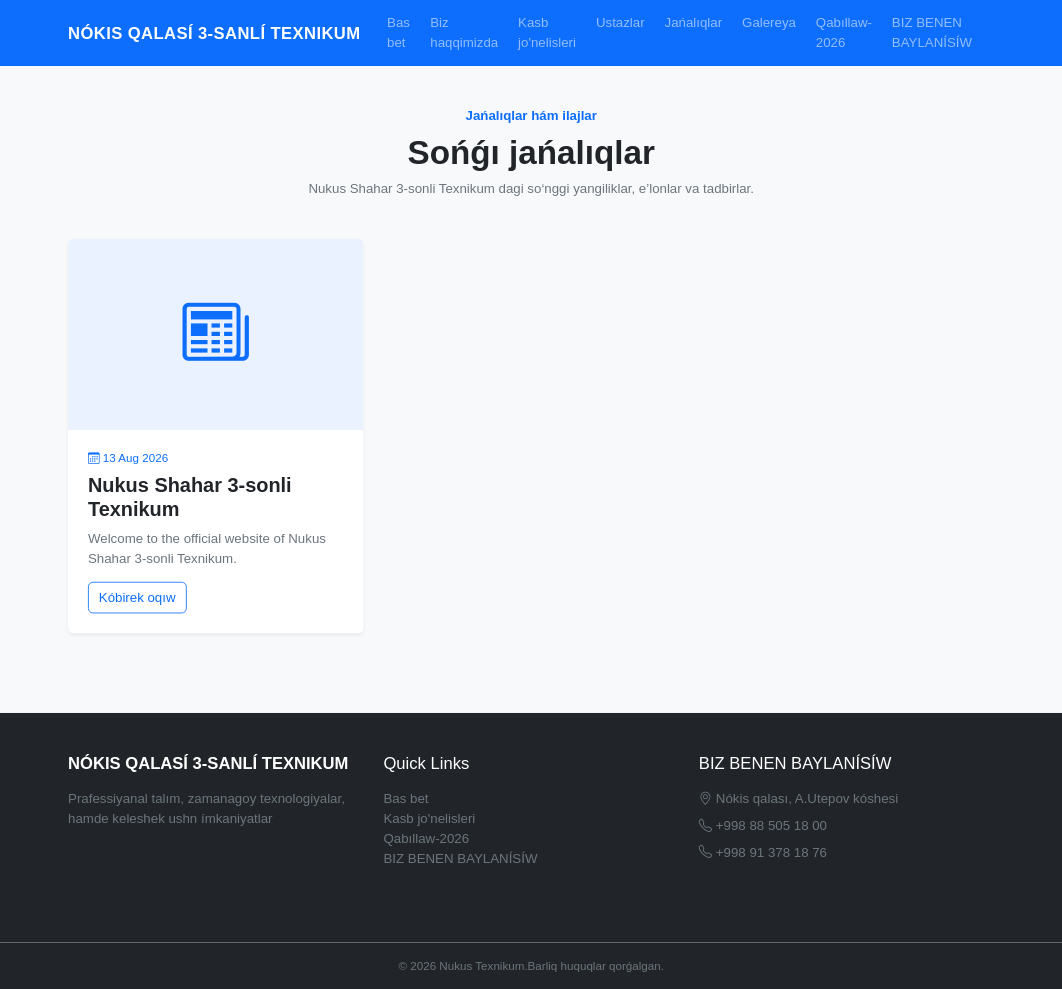
Repository: Neptunescorp/nukus_technicum
Page: http://localhost/news/
The author's editor kept a copy of each file at every save. The page is drawn from the files as they stood at one save, then again after the next save.
The browser window is 1280 px wide. The pictures show the whole page, at 83% of full size.
The page is served by the project's application, run on Django 5.2 (manage.py). Other server files are loaded and not shown. The page reads the database file committed with the project.

Above is the page before, as saved 2026-08-19 12:24:36.

### news/templates/news/list.html
{% extends "base.html" %}

{% block title %}
News | Nukus Shahar 3-sonli Texnikum
{% endblock %}


{% block content %}

<section class="py-5">

    <div class="container">

        <div class="text-center mb-5">

            <span class="text-primary fw-semibold">
                Jańalıqlar hám ilajlar
            </span>

            <h1 class="fw-bold mt-2">
                Sońǵı jańalıqlar
            </h1>

            <p class="text-secondary">
                Nukus Shahar 3-sonli Texnikum dagi
                so‘nggi yangiliklar, e’lonlar va tadbirlar.
            </p>

        </div>


        <div class="row g-4">

            {% for news in news_items %}

            <div class="col-md-6 col-lg-4">

                <article class="card news-card h-100 border-0 shadow-sm">

                    {% if news.image %}

                    <img
                        src="{{ news.image.url }}"
                        class="card-img-top news-image"
                        alt="{{ news.title }}"
                    >

                    {% else %}

                    <div class="news-placeholder">

                        <i class="bi bi-newspaper"></i>

                    </div>

                    {% endif %}


                    <div class="card-body p-4">

                        <div class="small text-primary mb-2">

                            <i class="bi bi-calendar3"></i>

                            {{ news.published_at|date:"d M Y" }}

                        </div>


                        <h4 class="fw-bold">
                            {{ news.title }}
                        </h4>


                        {% if news.short_description %}

                        <p class="text-secondary">
                            {{ news.short_description|truncatewords:25 }}
                        </p>

                        {% else %}

                        <p class="text-secondary">
                            {{ news.content|truncatewords:25 }}
                        </p>

                        {% endif %}


                        <a
                            href="{% url 'news_detail' news.pk %}"
                            class="btn btn-outline-primary"
                        >
                            Kóbirek oqıw
                        </a>

                    </div>

                </article>

            </div>

            {% empty %}

            <div class="col-12">

                <div class="text-center py-5">

                    <i
                        class="bi bi-newspaper text-primary"
                        style="font-size:60px;"
                    ></i>

                    <h4 class="mt-3">
                        Ele hesh qanday jańalıq baspadan shıǵarilmagan
                    </h4>

                    <p class="text-secondary">
                        Jańalıqlar hám daǵazalar bul jerde kórsetiledi.
                    </p>

                </div>

            </div>

            {% endfor %}

        </div>

    </div>

</section>

{% endblock %}

### templates/base.html
{% load static %}

<!DOCTYPE html>
<html lang="en">
<head>
    <meta charset="UTF-8">
    <meta name="viewport" content="width=device-width, initial-scale=1.0">

    <title>{% block title %}NÓKIS QALASÍ 3-SANLÍ TEXNIKUM{% endblock %}</title>

    <!-- Bootstrap -->
    <link
        href="https://cdn.jsdelivr.net/npm/bootstrap@5.3.3/dist/css/bootstrap.min.css"
        rel="stylesheet"
    >

    <!-- Bootstrap Icons -->
    <link
        rel="stylesheet"
        href="https://cdn.jsdelivr.net/npm/bootstrap-icons@1.11.3/font/bootstrap-icons.min.css"
    >

    <!-- Custom CSS -->
    <link rel="stylesheet" href="{% static 'css/style.css' %}">
</head>

<body>

<!-- ================= NAVBAR ================= -->

<nav class="navbar navbar-expand-lg navbar-dark bg-primary sticky-top">
    <div class="container">

        <a class="navbar-brand fw-bold" href="/">
            NÓKIS QALASÍ 3-SANLÍ TEXNIKUM
        </a>

        <button
            class="navbar-toggler"
            type="button"
            data-bs-toggle="collapse"
            data-bs-target="#mainNavbar"
        >
            <span class="navbar-toggler-icon"></span>
        </button>

        <div class="collapse navbar-collapse" id="mainNavbar">

            <ul class="navbar-nav ms-auto">

                <li class="nav-item">
                    <a class="nav-link" href="/">Bas bet</a>
                </li>

                <li class="nav-item">
                    <a class="nav-link" href="/about/">Biz haqqimizda</a>
                </li>

                <li class="nav-item">
                    <a class="nav-link" href="/specialties/">Kasb jo'nelisleri</a>
                </li>

                <li class="nav-item">
                    <a class="nav-link" href="/teachers/">Ustazlar</a>
                </li>

                <li class="nav-item">
                    <a class="nav-link" href="/news/">Jańalıqlar </a>
                </li>

                <li class="nav-item">
                    <a class="nav-link" href="/gallery/">
                        Galereya
                    </a>
                </li>

                <li class="nav-item">
                    <a class="nav-link" href="/admissions/">Qabıllaw-2026 </a>
                </li>

                <li class="nav-item">
                    <a class="nav-link" href="/contact/">BIZ BENEN BAYLANÍSÍW</a>
                </li>

            </ul>

        </div>
    </div>
</nav>


<!-- ================= MAIN CONTENT ================= -->

<main>
    {% block content %}
    {% endblock %}
</main>


<!-- ================= FOOTER ================= -->

<footer class="bg-dark text-white mt-5">

    <div class="container py-5">

        <div class="row">

            <div class="col-md-4 mb-4">

                <h5 class="fw-bold">
                    NÓKIS QALASÍ 3-SANLÍ TEXNIKUM
                </h5>

                <p class="text-secondary">
                    Prafessiyanal talım, zamanagoy texnologiyalar,
                    hamde keleshek ushn ímkaniyatlar
                </p>

            </div>


            <div class="col-md-4 mb-4">

                <h5>Quick Links</h5>

                <ul class="list-unstyled">

                    <li>
                        <a href="/" class="text-secondary text-decoration-none">
                            Bas bet
                        </a>
                    </li>

                    <li>
                        <a href="/specialties/" class="text-secondary text-decoration-none">
                            Kasb jo'nelisleri
                        </a>
                    </li>

                    <li>
                        <a href="/admissions/" class="text-secondary text-decoration-none">
                            Qabıllaw-2026
                        </a>
                    </li>

                    <li>
                        <a href="/contact/" class="text-secondary text-decoration-none">
                            BIZ BENEN BAYLANÍSÍW
                        </a>
                    </li>

                </ul>

            </div>


            <div class="col-md-4">

                <h5>BIZ BENEN BAYLANÍSÍW</h5>

                <p class="text-secondary mb-2">
                    <i class="bi bi-geo-alt"></i>
                    Nókis qalası, A.Utepov kóshesi
                </p>

                <p class="text-secondary mb-2">
                    <i class="bi bi-telephone"></i>
                    +998 88 505 18 00
                </p>

                <p class="text-secondary mb-2">
                    <i class="bi bi-telephone"></i>
                    +998 91 378 18 76
                </p>


            </div>

        </div>

    </div>


    <div class="border-top border-secondary">

        <div class="container py-3 text-center">

            <small class="text-secondary">
                © 2026 Nukus Texnikum.Barliq huquqlar qorǵalgan.
            </small>

        </div>

    </div>

</footer>


<!-- Bootstrap JS -->

<script
    src="https://cdn.jsdelivr.net/npm/bootstrap@5.3.3/dist/js/bootstrap.bundle.min.js">
</script>

</body>
</html>

### news/models.py
from django.db import models


class News(models.Model):
    title = models.CharField(max_length=255)

    short_description = models.TextField(
        blank=True
    )

    content = models.TextField()

    image = models.ImageField(
        upload_to="news/",
        blank=True,
        null=True
    )

    published_at = models.DateTimeField(
        auto_now_add=True
    )

    is_published = models.BooleanField(
        default=True
    )

    class Meta:
        ordering = ["-published_at"]
        verbose_name = "News"
        verbose_name_plural = "News"

    def __str__(self):
        return self.title

### news/views.py
from django.shortcuts import render

# Create your views here.
from django.shortcuts import get_object_or_404, render

from .models import News


def news_list(request):
    news_items = News.objects.filter(
        is_published=True
    )

    return render(
        request,
        "news/list.html",
        {
            "news_items": news_items
        }
    )


def news_detail(request, pk):
    news_item = get_object_or_404(
        News,
        pk=pk,
        is_published=True
    )

    return render(
        request,
        "news/detail.html",
        {
            "news_item": news_item
        }
    )

### config/urls.py
from django.conf import settings
from django.conf.urls.static import static
from django.contrib import admin
from django.urls import include, path


urlpatterns = [
    path("admin/", admin.site.urls),

    path("", include("core.urls")),

    path(
        "specialties/",
        include("specialties.urls")
    ),

    path(
        "teachers/",
        include("teachers.urls")
    ),

    path(
        "news/",
        include("news.urls")
    ),

    path(
        "gallery/",
        include("gallery.urls")
    ),

    path(
        "admissions/",
        include("admissions.urls")
    ),
]


if settings.DEBUG:
    urlpatterns += static(
        settings.MEDIA_URL,
        document_root=settings.MEDIA_ROOT
    )

### core/urls.py
from django.urls import path

from .views import about, contact, home


urlpatterns = [
    path(
        "",
        home,
        name="home"
    ),

    path(
        "about/",
        about,
        name="about"
    ),

    path(
        "contact/",
        contact,
        name="contact"
    ),
]

### specialties/urls.py
from django.urls import path
from .views import specialty_list, specialty_detail


urlpatterns = [
    path("", specialty_list, name="specialty_list"),
    path(
        "<int:pk>/",
        specialty_detail,
        name="specialty_detail"
    ),
]

### teachers/urls.py
from django.urls import path
from .views import teacher_list, teacher_detail


urlpatterns = [
    path("", teacher_list, name="teacher_list"),

    path(
        "<int:pk>/",
        teacher_detail,
        name="teacher_detail"
    ),
]

### news/urls.py
from django.urls import path

from .views import news_detail, news_list


urlpatterns = [
    path("", news_list, name="news_list"),

    path(
        "<int:pk>/",
        news_detail,
        name="news_detail"
    ),
]

### gallery/urls.py
from django.urls import path
from .views import gallery_list


urlpatterns = [
    path("", gallery_list, name="gallery_list"),
]

### admissions/urls.py
from django.urls import path

from .views import admissions


urlpatterns = [
    path("", admissions, name="admissions"),
]

### db.sqlite3 (the tables this page reads, as SQL)
CREATE TABLE "news_news" ("id" integer NOT NULL PRIMARY KEY AUTOINCREMENT, "title" varchar(255) NOT NULL, "short_description" text NOT NULL, "content" text NOT NULL, "image" varchar(100) NULL, "published_at" datetime NOT NULL, "is_published" bool NOT NULL);
INSERT INTO "news_news" VALUES
(1, 'Nukus Shahar 3-sonli Texnikum', 'Welcome to the official website of Nukus Shahar 3-sonli Texnikum.', 'This is a test news article for the new technicum website.', '', '2026-08-13 06:03:09.733674', 1);

Loaded but not shown: static/css/style.css (464 lines, source omitted)

After the next save:
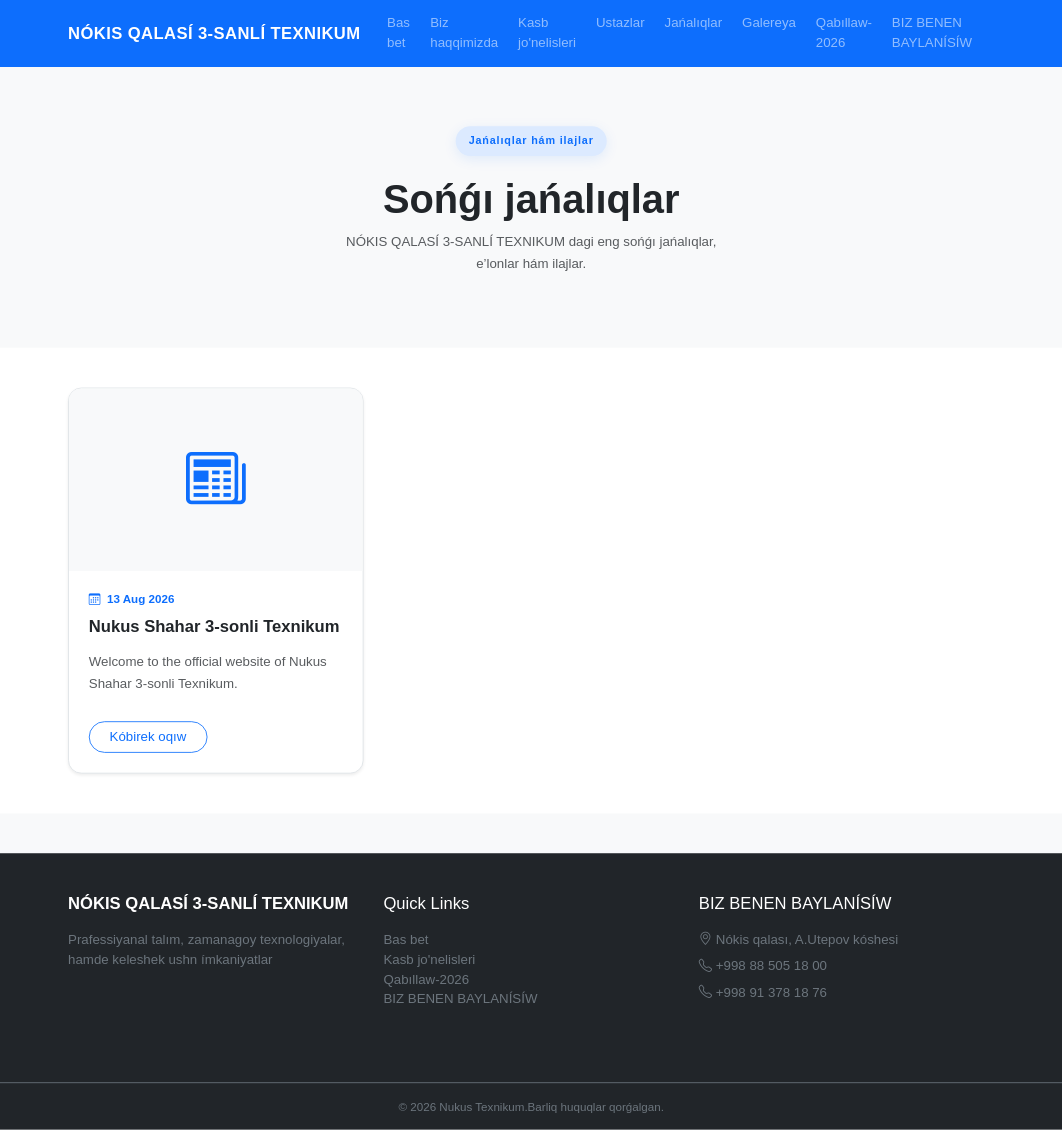
Saved 18 s later.
--- a/news/templates/news/list.html
+++ b/news/templates/news/list.html
@@ -1,134 +1,91 @@
 {% extends "base.html" %}
 
 {% block title %}
-News | Nukus Shahar 3-sonli Texnikum
+Jańalıqlar | NÓKIS QALASÍ 3-SANLÍ TEXNIKUM
 {% endblock %}
 
 
 {% block content %}
 
-<section class="py-5">
+<!-- NEWS HERO -->
+<section class="py-5 text-center">
+    <div class="container py-4">
+        <span class="hero-badge mb-3 d-inline-block">
+            Jańalıqlar hám ilajlar
+        </span>
+        <h1 class="fw-bold display-5 text-dark mt-2">
+            Sońǵı jańalıqlar
+        </h1>
+        <p class="text-muted mx-auto" style="max-width: 500px; line-height: 1.7;">
+            NÓKIS QALASÍ 3-SANLÍ TEXNIKUM dagi eng sońǵı jańalıqlar, e’lonlar hám ilajlar.
+        </p>
+    </div>
+</section>
 
+<!-- NEWS GRID -->
+<section class="py-5 bg-white">
     <div class="container">
-
-        <div class="text-center mb-5">
-
-            <span class="text-primary fw-semibold">
-                Jańalıqlar hám ilajlar
-            </span>
-
-            <h1 class="fw-bold mt-2">
-                Sońǵı jańalıqlar
-            </h1>
-
-            <p class="text-secondary">
-                Nukus Shahar 3-sonli Texnikum dagi
-                so‘nggi yangiliklar, e’lonlar va tadbirlar.
-            </p>
-
-        </div>
-
-
         <div class="row g-4">
 
             {% for news in news_items %}
-
             <div class="col-md-6 col-lg-4">
-
-                <article class="card news-card h-100 border-0 shadow-sm">
+                <article class="h-100 border rounded-4 shadow-sm overflow-hidden bg-white d-flex flex-column">
 
                     {% if news.image %}
-
-                    <img
-                        src="{{ news.image.url }}"
-                        class="card-img-top news-image"
-                        alt="{{ news.title }}"
-                    >
-
+                    <div class="overflow-hidden" style="height: 220px;">
+                        <img
+                            src="{{ news.image.url }}"
+                            class="w-100 h-100"
+                            style="object-fit: cover; transition: transform 0.5s ease;"
+                            alt="{{ news.title }}"
+                        >
+                    </div>
                     {% else %}
-
-                    <div class="news-placeholder">
-
-                        <i class="bi bi-newspaper"></i>
-
+                    <div class="news-placeholder d-flex align-items-center justify-content-center bg-light" style="height: 220px;">
+                        <i class="bi bi-newspaper display-2 text-primary"></i>
                     </div>
-
                     {% endif %}
 
+                    <div class="card-body p-4 d-flex flex-column flex-grow-1">
 
-                    <div class="card-body p-4">
-
-                        <div class="small text-primary mb-2">
-
-                            <i class="bi bi-calendar3"></i>
-
+                        <div class="small text-primary fw-semibold mb-2">
+                            <i class="bi bi-calendar3 me-1"></i>
                             {{ news.published_at|date:"d M Y" }}
-
                         </div>
 
-
-                        <h4 class="fw-bold">
+                        <h4 class="fw-bold fs-5 text-dark mb-3" style="line-height: 1.4;">
                             {{ news.title }}
                         </h4>
 
-
-                        {% if news.short_description %}
-
-                        <p class="text-secondary">
-                            {{ news.short_description|truncatewords:25 }}
+                        <p class="text-muted flex-grow-1" style="line-height: 1.6;">
+                            {% if news.short_description %}
+                                {{ news.short_description|truncatewords:20 }}
+                            {% else %}
+                                {{ news.content|truncatewords:20 }}
+                            {% endif %}
                         </p>
 
-                        {% else %}
-
-                        <p class="text-secondary">
-                            {{ news.content|truncatewords:25 }}
-                        </p>
-
-                        {% endif %}
-
-
-                        <a
-                            href="{% url 'news_detail' news.pk %}"
-                            class="btn btn-outline-primary"
-                        >
-                            Kóbirek oqıw
-                        </a>
+                        <div class="mt-3">
+                            <a href="{% url 'news_detail' news.pk %}" class="btn btn-outline-primary rounded-pill px-4">
+                                Kóbirek oqıw
+                            </a>
+                        </div>
 
                     </div>
-
                 </article>
-
             </div>
-
             {% empty %}
-
             <div class="col-12">
-
-                <div class="text-center py-5">
-
-                    <i
-                        class="bi bi-newspaper text-primary"
-                        style="font-size:60px;"
-                    ></i>
-
-                    <h4 class="mt-3">
-                        Ele hesh qanday jańalıq baspadan shıǵarilmagan
-                    </h4>
-
-                    <p class="text-secondary">
-                        Jańalıqlar hám daǵazalar bul jerde kórsetiledi.
-                    </p>
-
+                <div class="text-center py-5 border rounded-4 bg-light shadow-sm">
+                    <i class="bi bi-newspaper text-primary" style="font-size: 60px;"></i>
+                    <h4 class="mt-3 text-dark fw-bold">Házirshe jańalıqlar joq</h4>
+                    <p class="text-muted">Jańalıqlar hám daǵazalar payda bolǵanda bul jerde kórsetiledi.</p>
                 </div>
-
             </div>
-
             {% endfor %}
 
         </div>
-
     </div>
-
 </section>
 
 {% endblock %}
